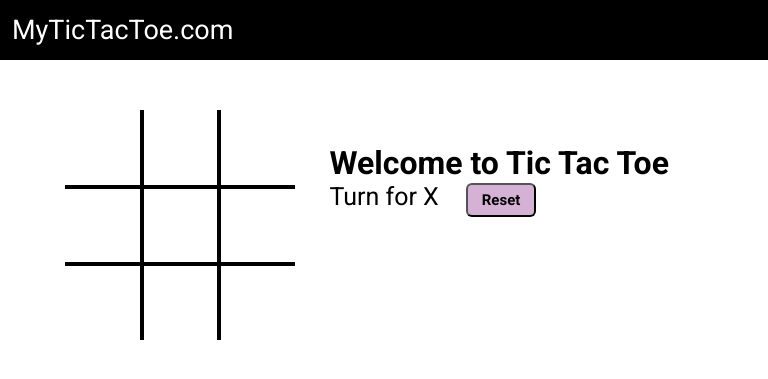
Repository: AshwinUgale/TicTacToe
Page: index.html
An editor plug-in stored every save of this project. The page is shown before and after the next save, followed by the edit.
The browser window is 768 px wide. The pictures show the whole page.

Above is the page before, as saved 2024-12-19 13:08:10.

After the next save:
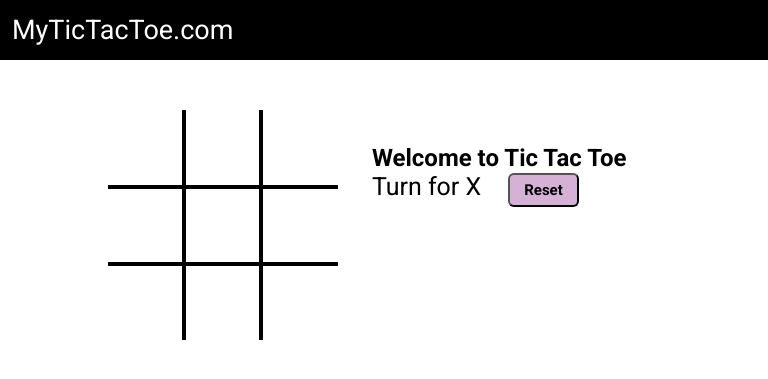
Saved 75 s later.
--- a/style.css
+++ b/style.css
@@ -95,4 +95,7 @@ nav ul{
     .gameInfo{
         margin-top: 34px;
     }
+    .gameInfo h1{
+        font-size: 1.5rem;
+    }
 }
